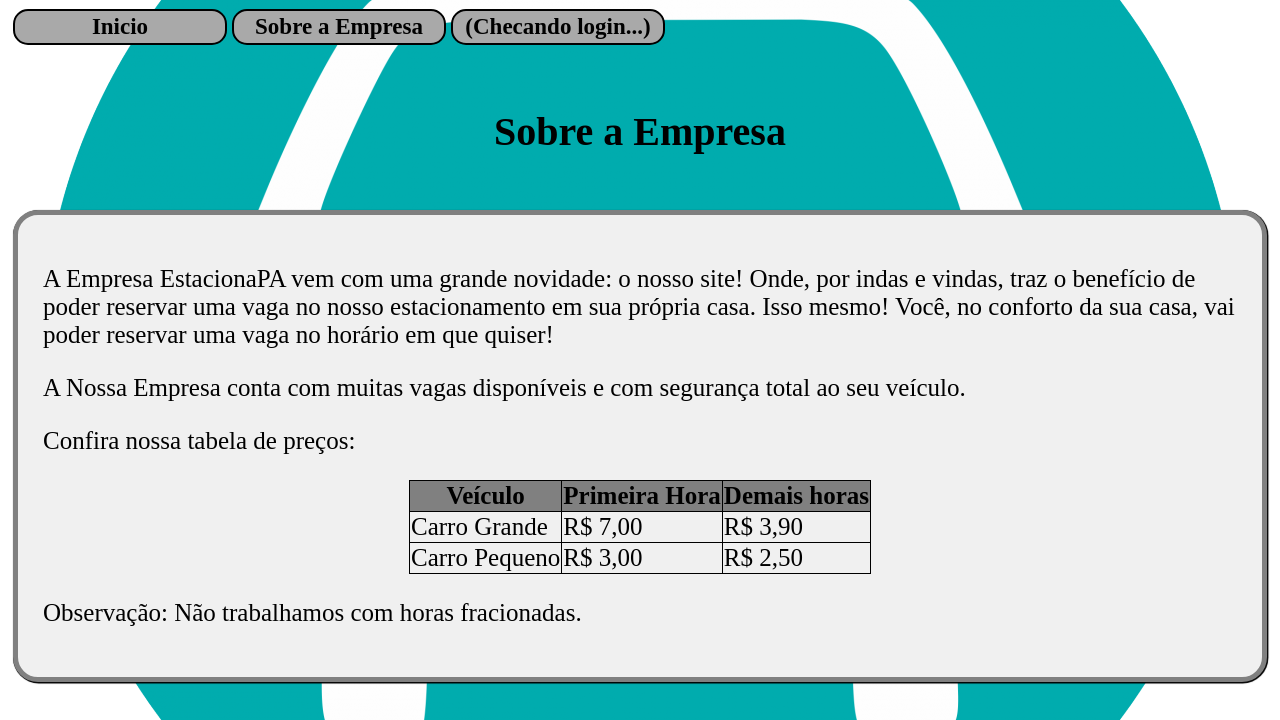
Repository: EstacionaPA/site
Page: html/pages/about.html
The author's editor kept a record of every edit. The page is drawn from the files as they stood at one moment, then again after the next edit.
The browser window is 1280 px wide. The pictures show the whole page.

Above is the page before.

After the next edit:
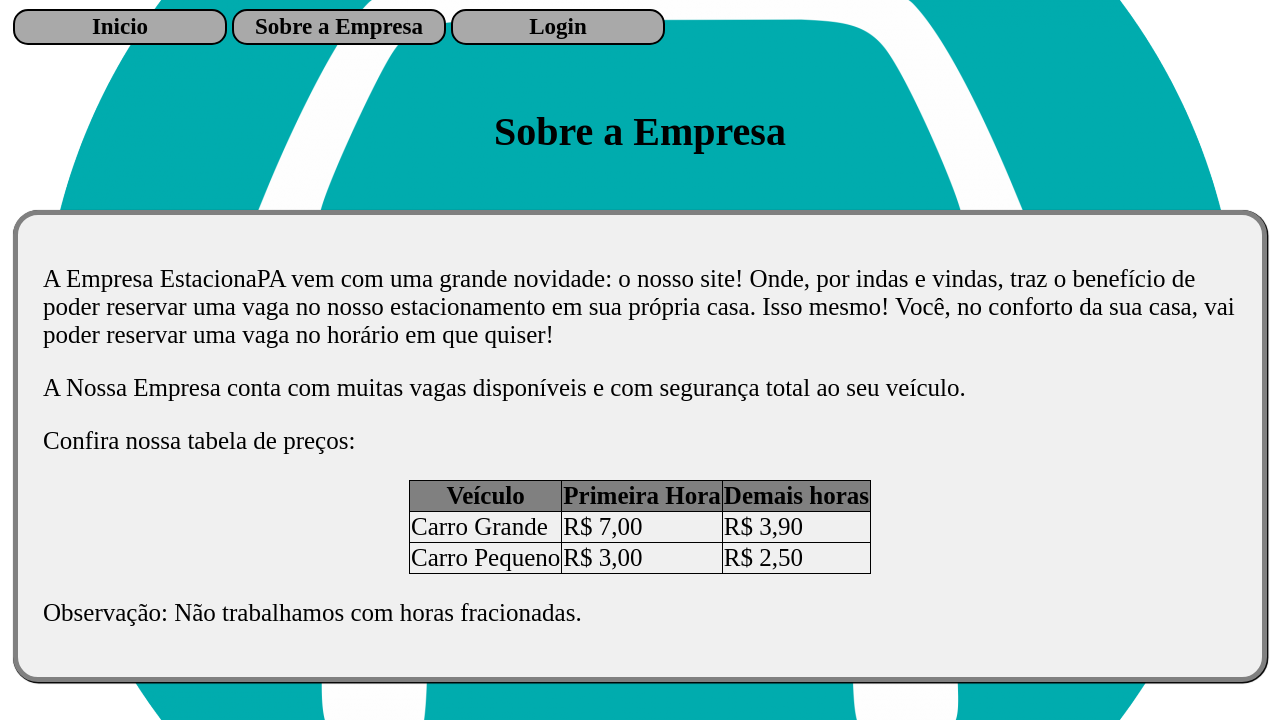
The edit:
--- a/html/pages/about.html
+++ b/html/pages/about.html
@@ -15,7 +15,7 @@
     <ul class="itemMenu">
         <li><a href="../../index.html">Inicio</a></li>
         <li><a>Sobre a Empresa</a></li>
-        <li><a href="../../php/login/valid_access.php" id="nameMenu">(Checando login...)</a>
+        <li><a href="../forms/form_login.html">Login</a>
             <ul>
 				 <li><a href="html/forms/cad_client.html">Cadastrar-se</a></li>
             </ul>
